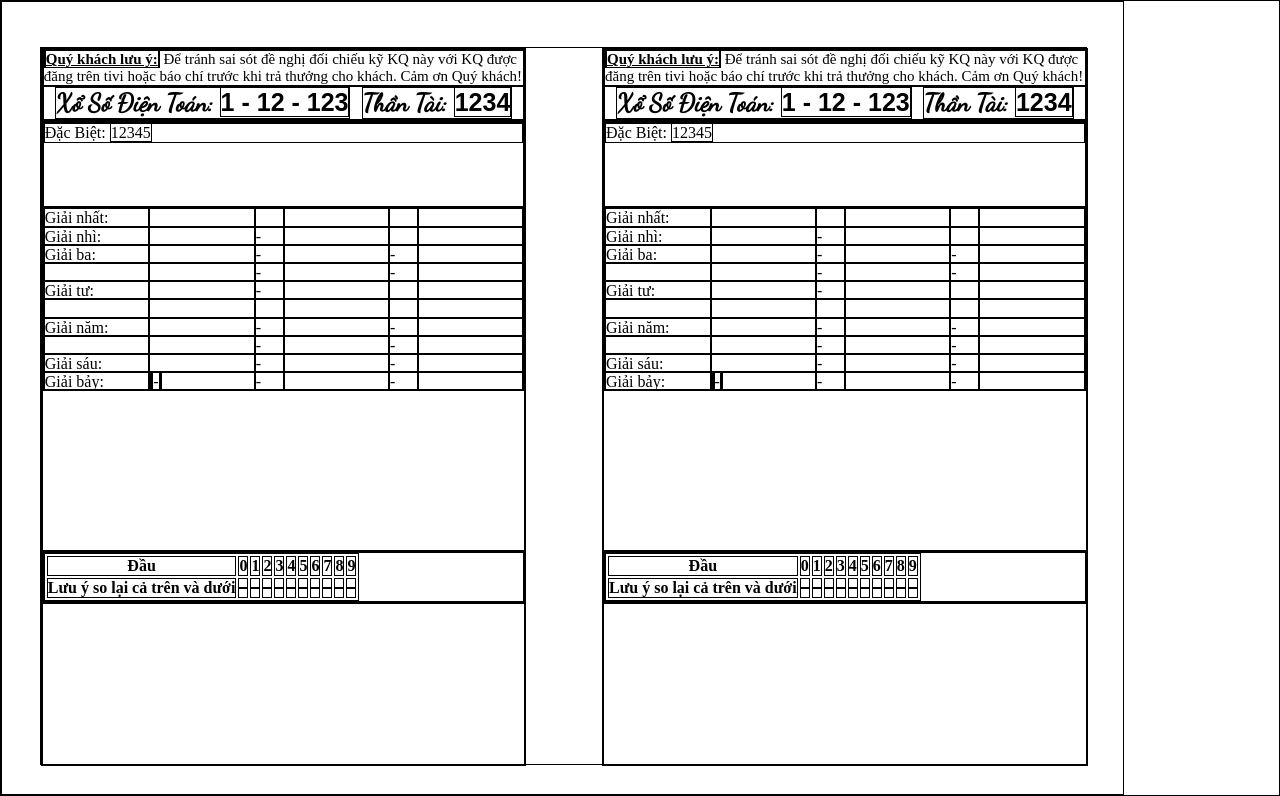
Repository: AnhDuc0125/xskt123
Page: index.html
These files come from the project's save history. The page is drawn as it stood at one moment and after the next save; the edit follows.
The browser window is 1280 px wide. The pictures show the whole page.
Some web fonts or font styles are not loaded; a fallback is used.

Above is the page before, as saved 2022-01-29 16:50:28.

After the next save:
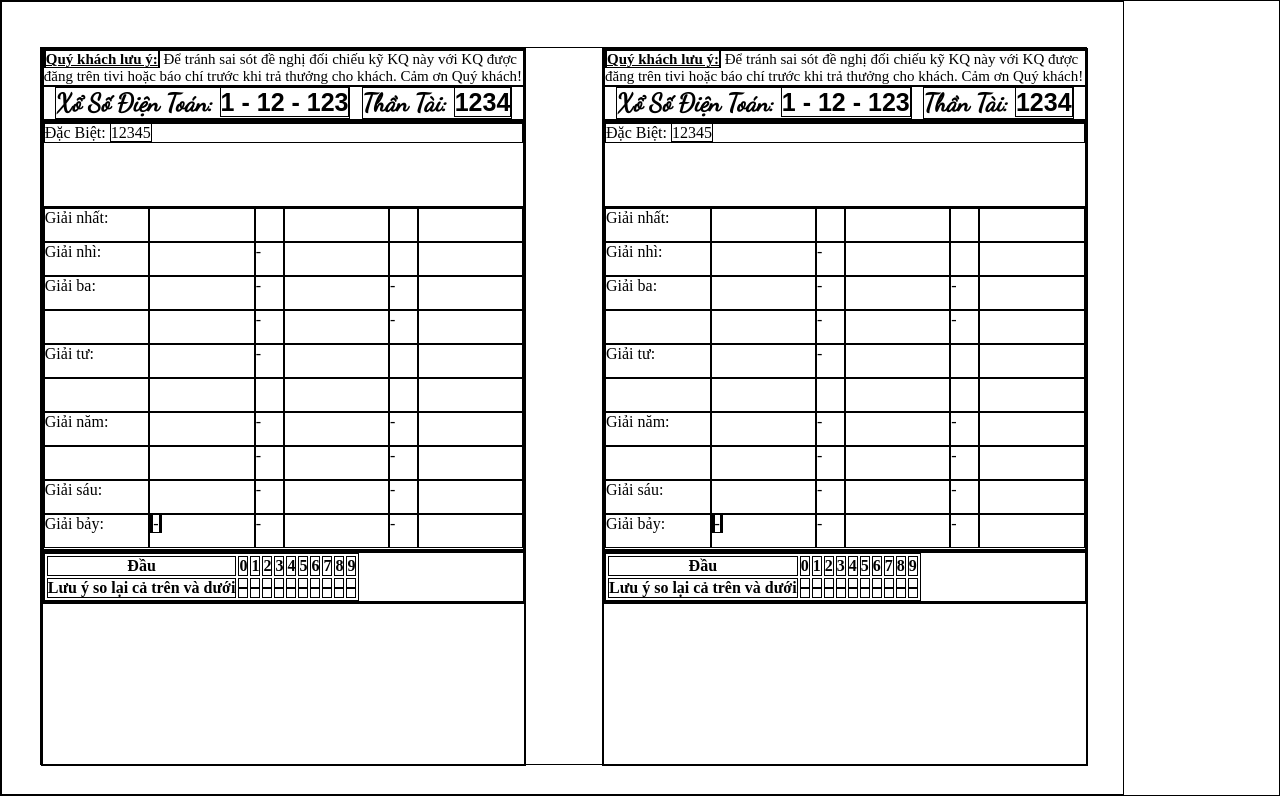
Saved 11 s later.
--- a/style.css
+++ b/style.css
@@ -67,6 +67,8 @@ body {
 }
 
 .body--2 {
+  width: 100%;
+  height: 80%;
   display: grid;
   grid-template-columns: 22% 22% 6% 22% 6% 22%;
   grid-template-rows: 10% 10% 10% 10% 10% 10% 10% 10% 10% 10%;
